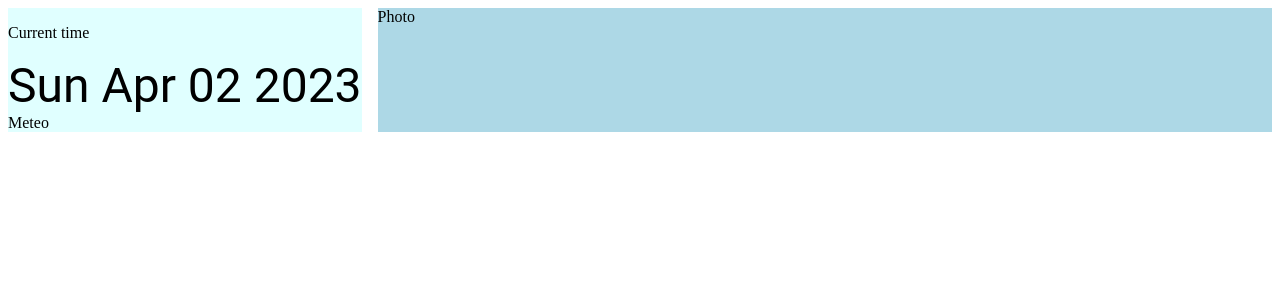
Repository: songvi/meteo
Page: /
An editor plug-in stored every save of this project. The page is shown before and after the next save, followed by the edit.
The browser window is 1280 px wide. The pictures show the whole page.
The project was rebuilt for these pictures with package versions that can differ from the ones it lists, and the page was loaded fresh each time. Also part of the build but not shown: src/App.css.

Above is the page before, as saved 2023-04-02 23:18:47.

After the next save:
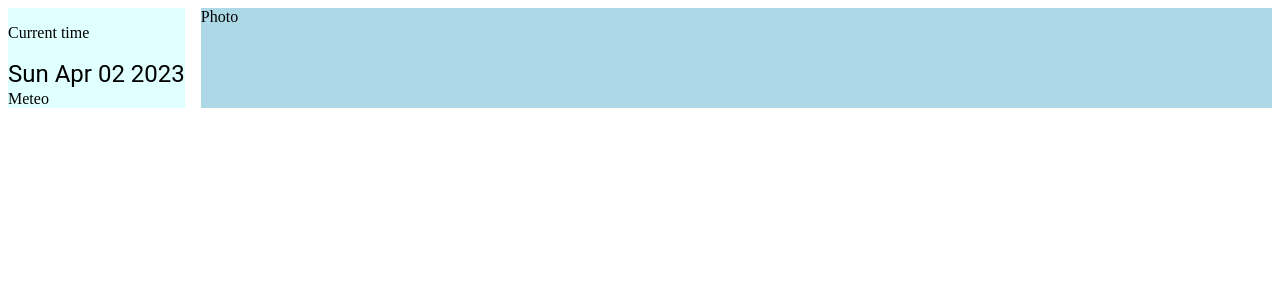
Saved 13 s later.
--- a/src/features/datetime/Datetime.tsx
+++ b/src/features/datetime/Datetime.tsx
@@ -15,7 +15,7 @@ const Datetime = () => {
     return (
         <Box >
             <p>Current time</p>
-            <Typography variant='h3'>{value? value.toDateString(): ""}</Typography>
+            <Typography variant='h5'>{value? value.toDateString(): ""}</Typography>
         </Box>
     )
 }
